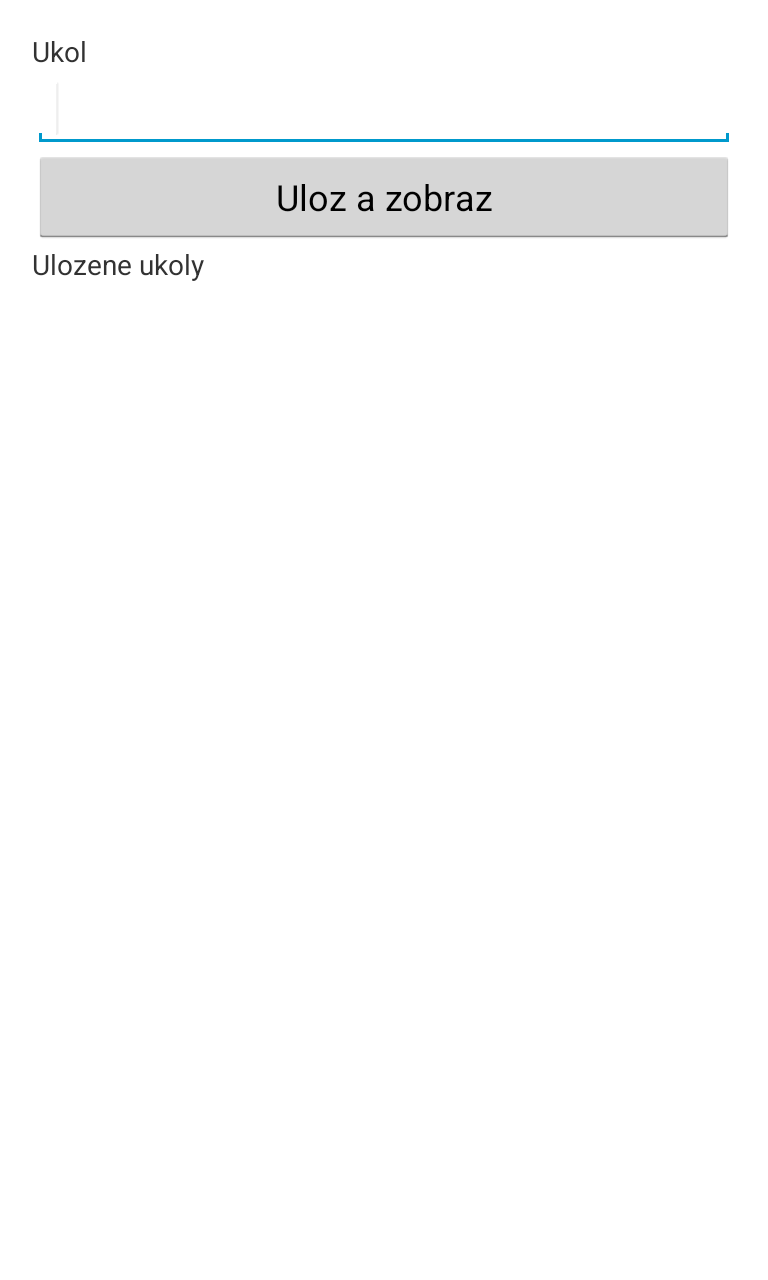
Repository: petrmohelnik/itu
Layout: Todo/res/layout/activity_main.xml
An editor plug-in stored every save of this project. The layout is shown before and after the next save, followed by the edit.
It is drawn on a 768 x 1280 px phone screen (xhdpi) without system bars, with theme AppTheme; the app's code is not run.

Above is the layout before, as saved 2013-11-25 14:43:36.

### Todo/res/layout/activity_main.xml
<RelativeLayout xmlns:android="http://schemas.android.com/apk/res/android"
    xmlns:tools="http://schemas.android.com/tools"
    android:layout_width="match_parent"
    android:layout_height="match_parent"
    android:paddingBottom="@dimen/activity_vertical_margin"
    android:paddingLeft="@dimen/activity_horizontal_margin"
    android:paddingRight="@dimen/activity_horizontal_margin"
    android:paddingTop="@dimen/activity_vertical_margin"
    tools:context=".MainActivity" >

    <LinearLayout
        android:id="@+id/linearLayout1"
        android:layout_width="match_parent"
        android:layout_height="match_parent"
        android:layout_alignParentLeft="true"
        android:layout_alignParentTop="true"
        android:orientation="vertical" >

        <TextView
            android:id="@+id/ukol"
            android:layout_width="wrap_content"
            android:layout_height="wrap_content"
            android:text="@string/ukol" />

        <EditText
            android:id="@+id/ukolText"
            android:layout_width="match_parent"
            android:layout_height="wrap_content"
            android:ems="10" >

            <requestFocus />
        </EditText>

        <Button
            android:id="@+id/ulozAZobraz"
            android:layout_width="match_parent"
            android:layout_height="wrap_content"
            android:text="@string/ulozAZobraz"
            android:onClick="saveAndShow" />

        <TextView
            android:id="@+id/ulozeneUkoly"
            android:layout_width="wrap_content"
            android:layout_height="wrap_content"
            android:text="@string/ulozeneUkoly" />

    </LinearLayout>

</RelativeLayout>

### Todo/res/values/strings.xml
<?xml version="1.0" encoding="utf-8"?>
<resources>

    <string name="app_name">Todo</string>
    <string name="action_settings">Settings</string>
    <string name="hello_world">Hello world!</string>
    <string name="ukol">Ukol</string>
    <string name="ulozeneUkoly">Ulozene ukoly</string>
    <string name="ulozAZobraz">Uloz a zobraz</string>

</resources>

Loaded but not shown: Todo/res/values/styles.xml (common file); Todo/res/values-v11/styles.xml (common file); Todo/res/values-v14/styles.xml (common file); Todo/res/values/dimens.xml (common file)

After the next save:
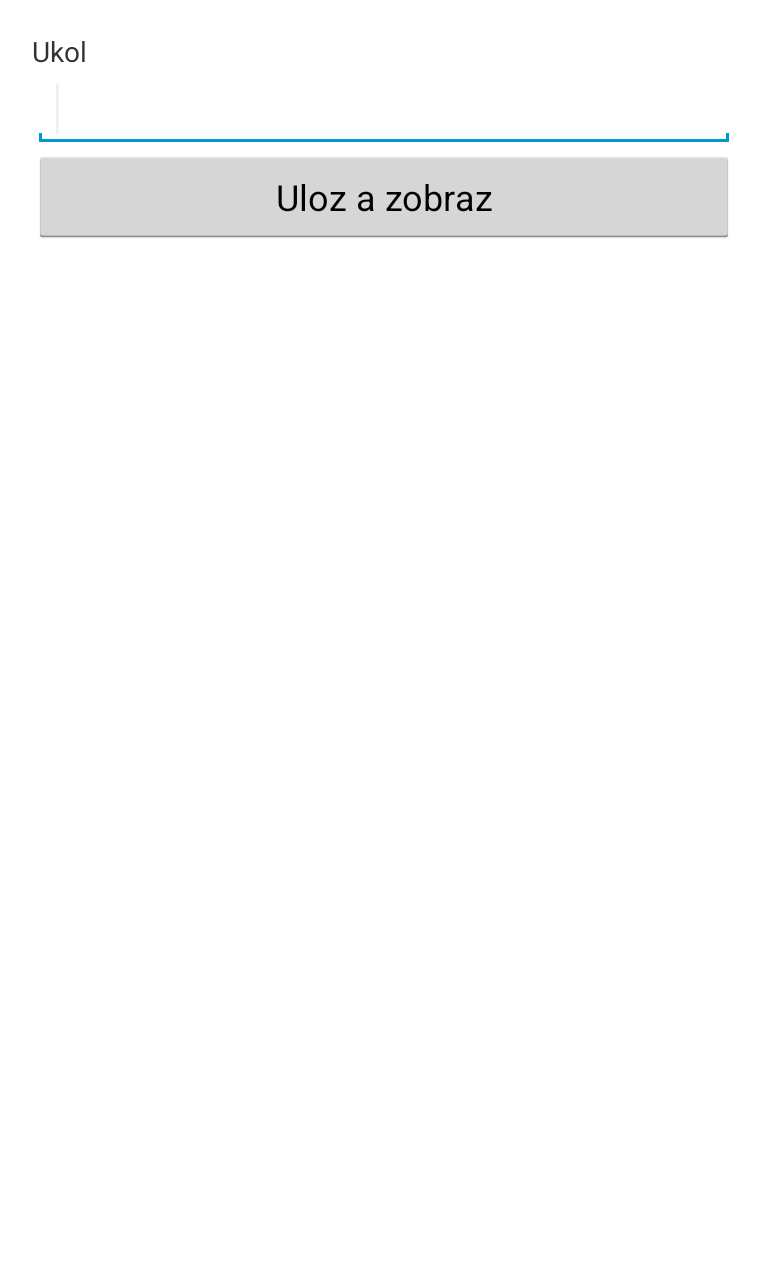
Saved 3 days later.
--- a/Todo/res/layout/activity_main.xml
+++ b/Todo/res/layout/activity_main.xml
@@ -38,12 +38,28 @@
             android:text="@string/ulozAZobraz"
             android:onClick="saveAndShow" />
 
-        <TextView
-            android:id="@+id/ulozeneUkoly"
-            android:layout_width="wrap_content"
-            android:layout_height="wrap_content"
-            android:text="@string/ulozeneUkoly" />
 
-    </LinearLayout>
+        <ScrollView
+            android:layout_width="fill_parent"
+			android:layout_height="200px"
+
+            >
+
+
+
+
+        </ScrollView>
+
+
+
+
+
+
+
+
+
+
+
+        </LinearLayout>
 
 </RelativeLayout>
